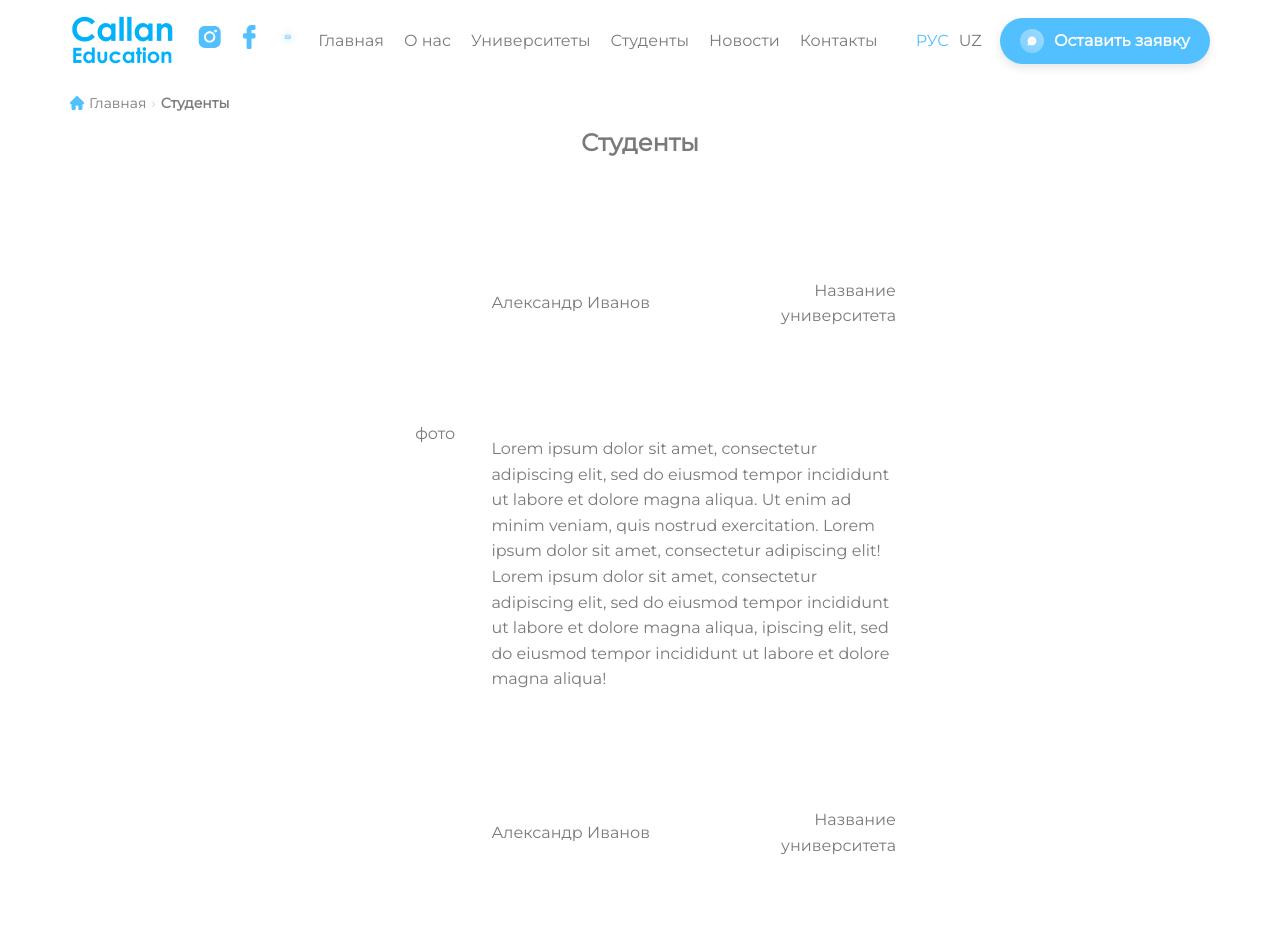
Repository: olyakorzh/Team-project-1
Page: assets/pages/students.html
These files come from the project's save history. The page is drawn as it stood at one moment and after a run of saves; the edit follows.
The browser window is 1280 px wide. The pictures show the part of the page from y = 0 to 952 px (the page is 3220 px tall before and 3317 px after).
A picture or video elsewhere on the page could not be fetched, so the positions and the page height are approximate.

Above is the page before, as saved 2024-12-08 11:27:47.

After the next 4 saves:
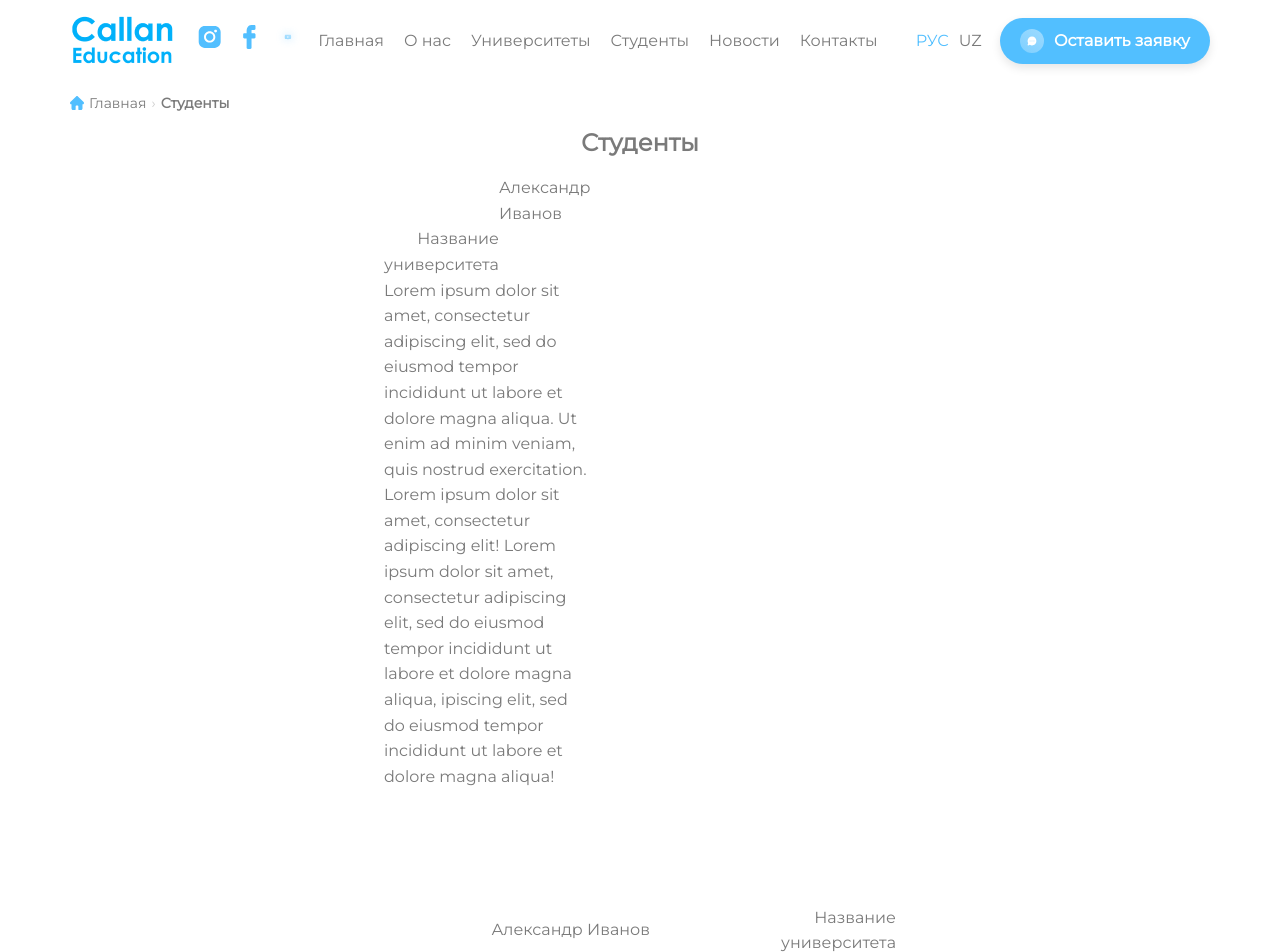
The 4 saves are shown as one change because they came seconds apart.
The last was saved 36 s later.
--- a/assets/pages/students.html
+++ b/assets/pages/students.html
@@ -105,7 +105,7 @@
           <h2>Студенты</h2>
           <div class="basic">
           <div class="containerstudent">
-          <div class="block_foto">фото</div>
+          <div class="block_foto"><div class=""></div>
           <div class="block1">Александр Иванов</div>
           <div class="block2">Название университета</div>
           <div class="block3">Lorem ipsum dolor sit amet, consectetur adipiscing elit, sed do eiusmod tempor incididunt ut labore et dolore magna aliqua. Ut enim ad minim veniam, quis nostrud exercitation. Lorem ipsum dolor sit amet, consectetur adipiscing elit! Lorem ipsum dolor sit amet, consectetur adipiscing elit, sed do eiusmod tempor incididunt ut labore et dolore magna aliqua, ipiscing elit, sed do eiusmod tempor incididunt ut labore et dolore magna aliqua!</div>

After the save that followed:
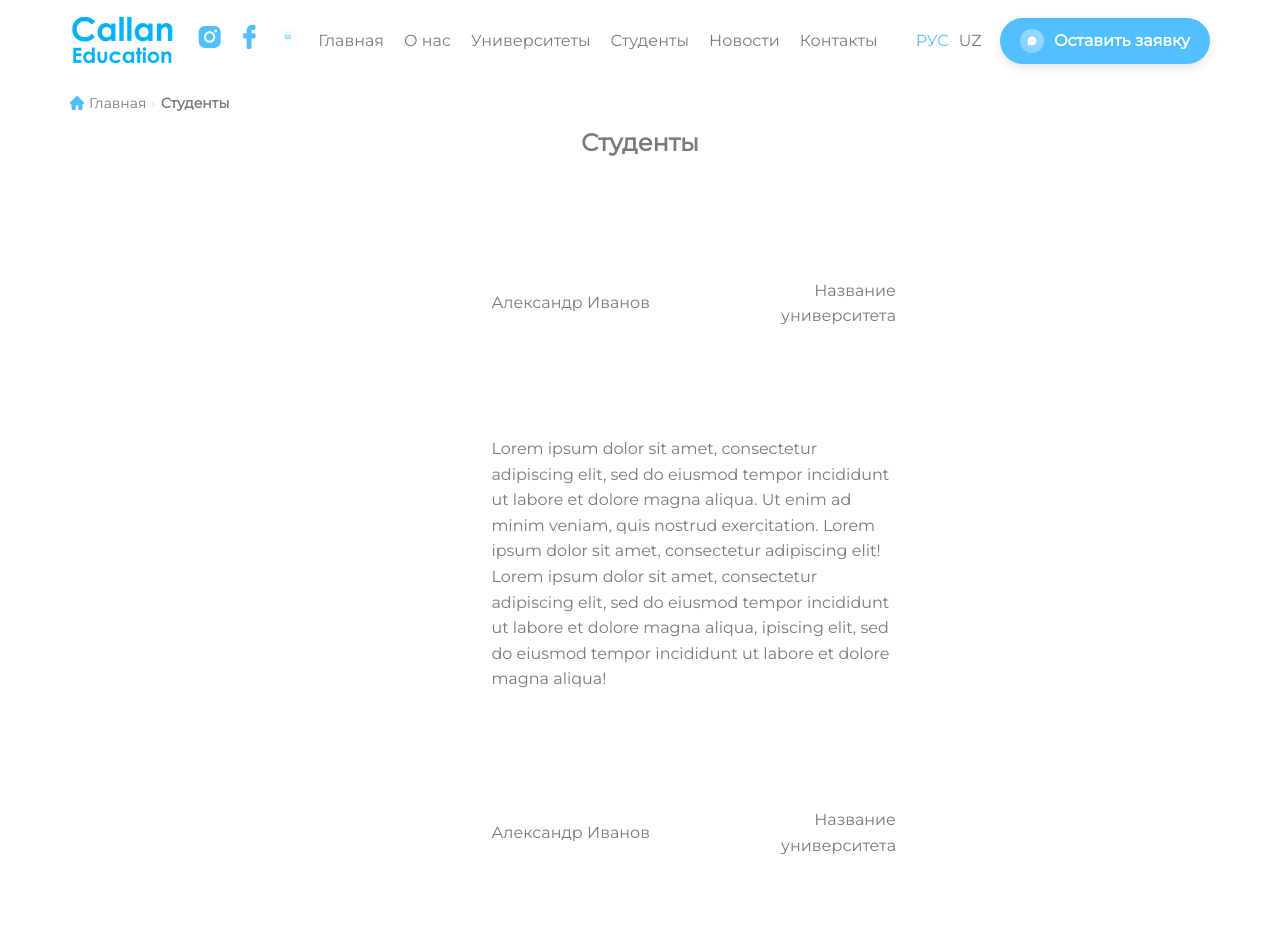
Saved 7 s later.
--- a/assets/pages/students.html
+++ b/assets/pages/students.html
@@ -105,7 +105,7 @@
           <h2>Студенты</h2>
           <div class="basic">
           <div class="containerstudent">
-          <div class="block_foto"><div class=""></div>
+          <div class="block_foto"></div>
           <div class="block1">Александр Иванов</div>
           <div class="block2">Название университета</div>
           <div class="block3">Lorem ipsum dolor sit amet, consectetur adipiscing elit, sed do eiusmod tempor incididunt ut labore et dolore magna aliqua. Ut enim ad minim veniam, quis nostrud exercitation. Lorem ipsum dolor sit amet, consectetur adipiscing elit! Lorem ipsum dolor sit amet, consectetur adipiscing elit, sed do eiusmod tempor incididunt ut labore et dolore magna aliqua, ipiscing elit, sed do eiusmod tempor incididunt ut labore et dolore magna aliqua!</div>
